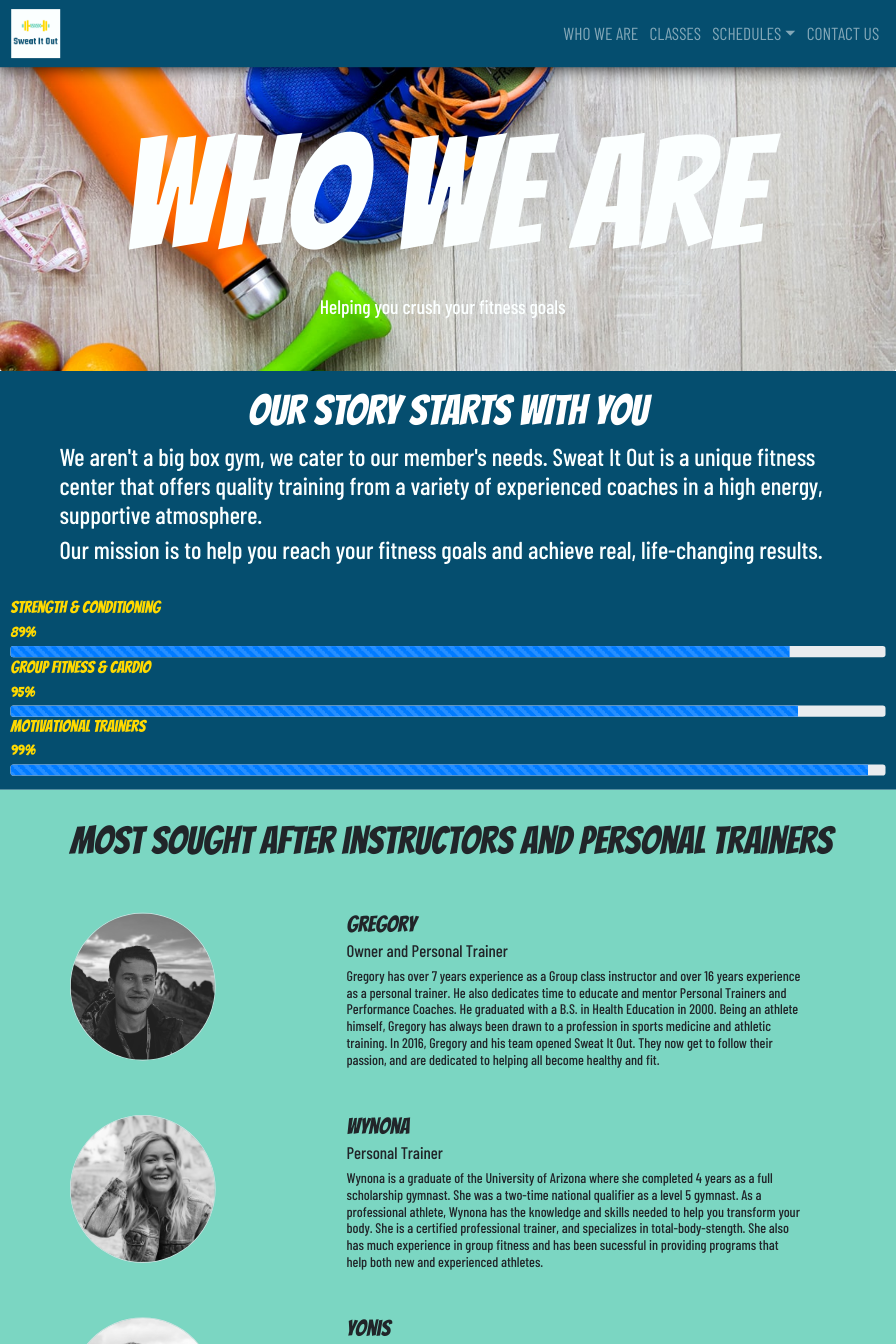
Repository: amybru/sweatitout
Page: about.html
The author's editor kept a record of every edit. The page is drawn from the files as they stood at one moment, then again after the next edit.
The browser window is 1280 px wide. The pictures show the part of the page from y = 0 to 1920 px (the page is 2850 px tall), at 70% of full size.
Some web fonts or font styles are not loaded; a fallback is used. Some web libraries are served in a nearby version.

Above is the page before.

After the next edit:
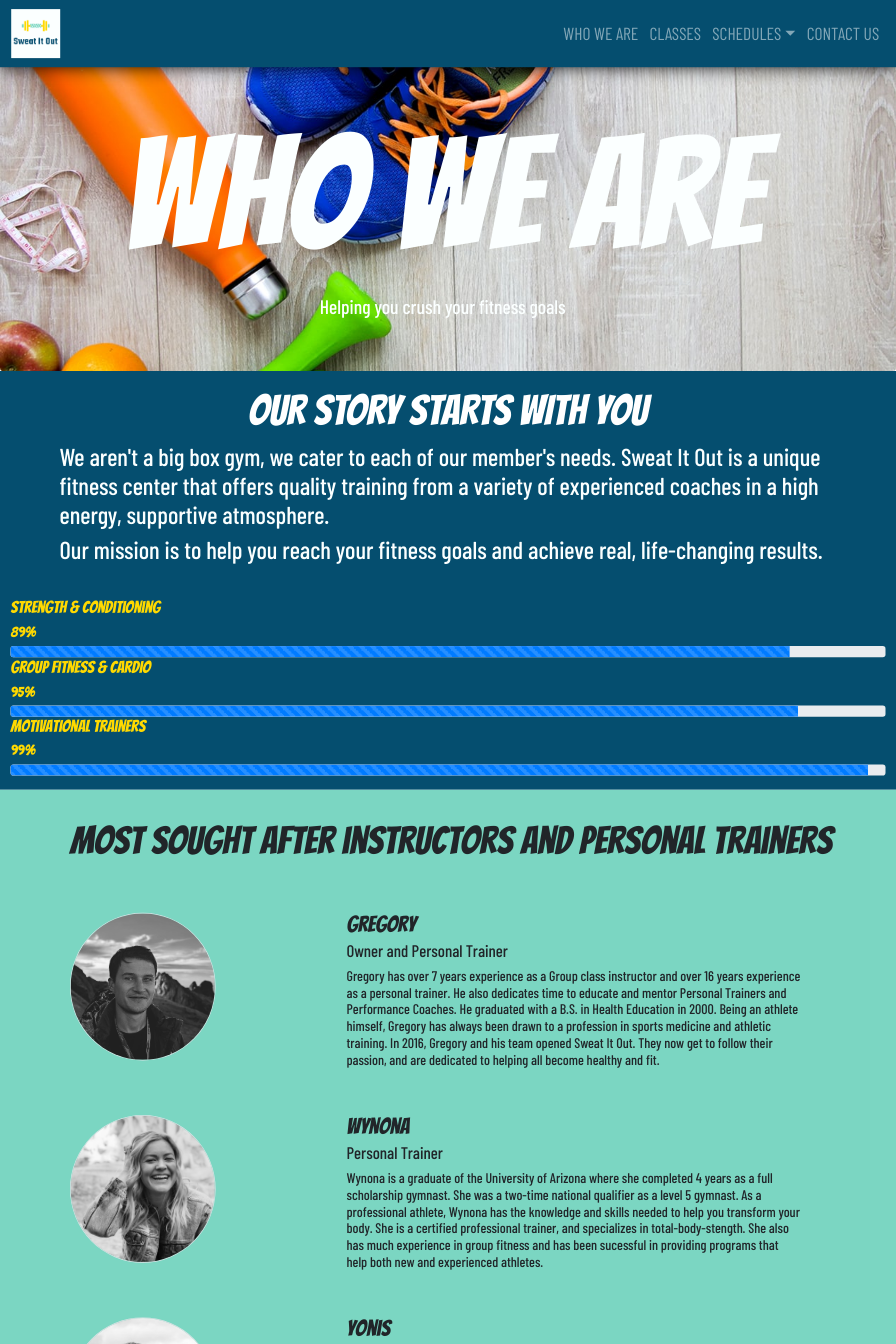
The edit:
--- a/about.html
+++ b/about.html
@@ -64,7 +64,7 @@
                   <div class="container">
                      <div class="row">
                         <div class="col-12 about-about">
-                           <h4>We aren't a big box gym, we cater to our member's needs. Sweat It Out is a unique fitness center that offers quality training from a variety of experienced coaches in a high energy, supportive atmosphere.</h4>
+                           <h4>We aren't a big box gym, we cater to each of our member's needs. Sweat It Out is a unique fitness center that offers quality training from a variety of experienced coaches in a high energy, supportive atmosphere.</h4>
                            <h4>Our mission is to help you reach your fitness goals and achieve real, life-changing results.</h4>
                         </div>
                      </div>
